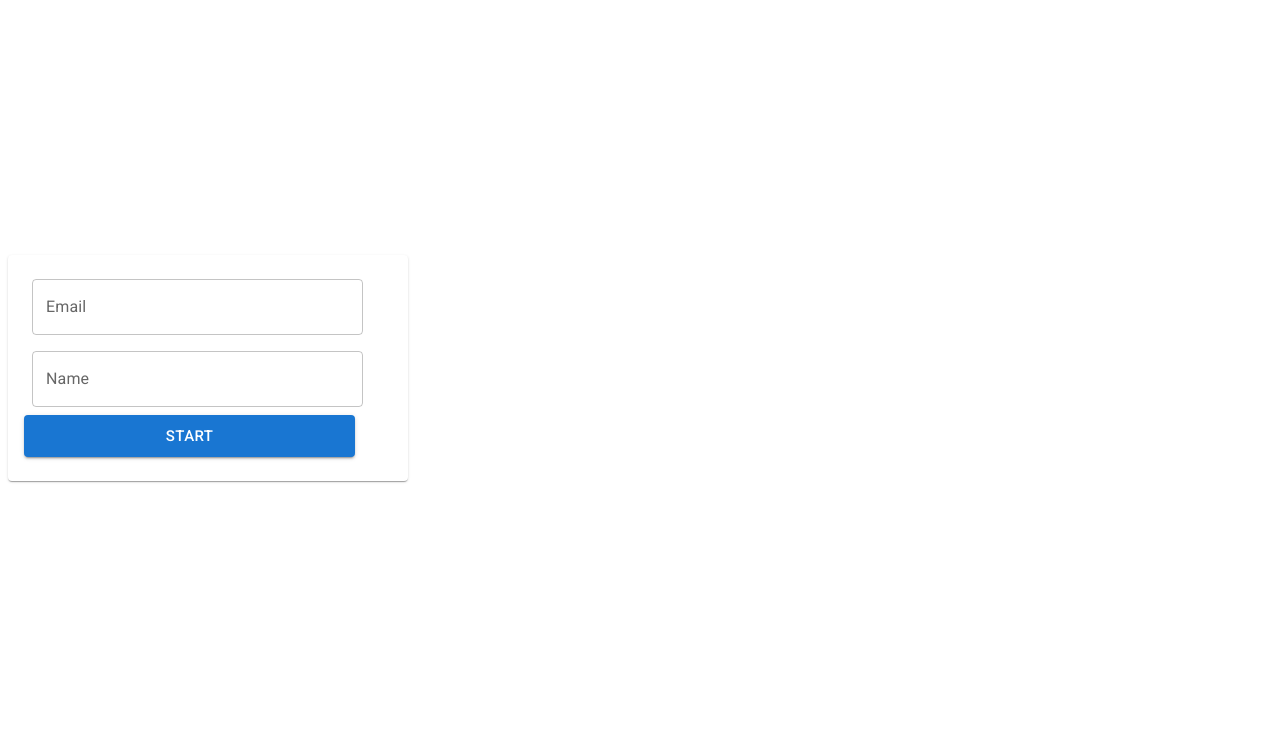
Repository: shikubro90/Quiz-App-React
Page: /
The author's editor kept a copy of each file at every save. The page is drawn from the files as they stood at one save, then again after the next save.
The browser window is 1280 px wide. The pictures show the whole page.
The project was rebuilt for these pictures with package versions that can differ from the ones it lists, and the page was loaded fresh each time. Also part of the build but not shown: src/index.css, src/App.css.

Above is the page before, as saved 2022-06-25 01:49:25.

### src/App.js
import './App.css';
import Login from './components/Login';

function App() {
  return (
    <>
      <Login/>
    </>

  );
}

export default App;

### src/components/Login.jsx
import React from 'react';
import {Box, Button, Card, CardContent} from '@mui/material'
import { TextField } from '@mui/material';
import Center from './Center'

const Login = () => {
    return (
        <Center>
            <Card sx={{width: "400px"}}>
                <CardContent>
                    <Box sx={{
                        '& .MuiTextField-root' : {
                            m:1,
                            width: "90%"
                        }
                    }}>
                        <form noValidate>
                            <TextField
                            label="Email"
                            name="email"
                            variant='outlined'
                            />

                            <TextField
                            label="Name"
                            name="name"
                            variant='outlined'
                            />

                            <Button sx={{width: "90%"}}
                            type='submit'
                            variant='contained'
                            size='large'
                            >Start</Button>

                        </form>
                    </Box>
                </CardContent>
            </Card>
        </Center>
    );
};

export default Login;

### src/components/Center.jsx
import { Grid } from '@mui/material'
import React from 'react'

const Center = (props) => {
  return (
    <Grid
    container
    direction="column"
    alignItem ="center"
    justifyContent="center"
    sx={{minHeight : "100vh"}}>
        <Grid item sx={1}>
            {props.children}
        </Grid>
    </Grid>
  )
}

export default Center

Loaded but not shown: public/index.html (common file); src/index.js (common file); src/reportWebVitals.js (common file)

After the next save:
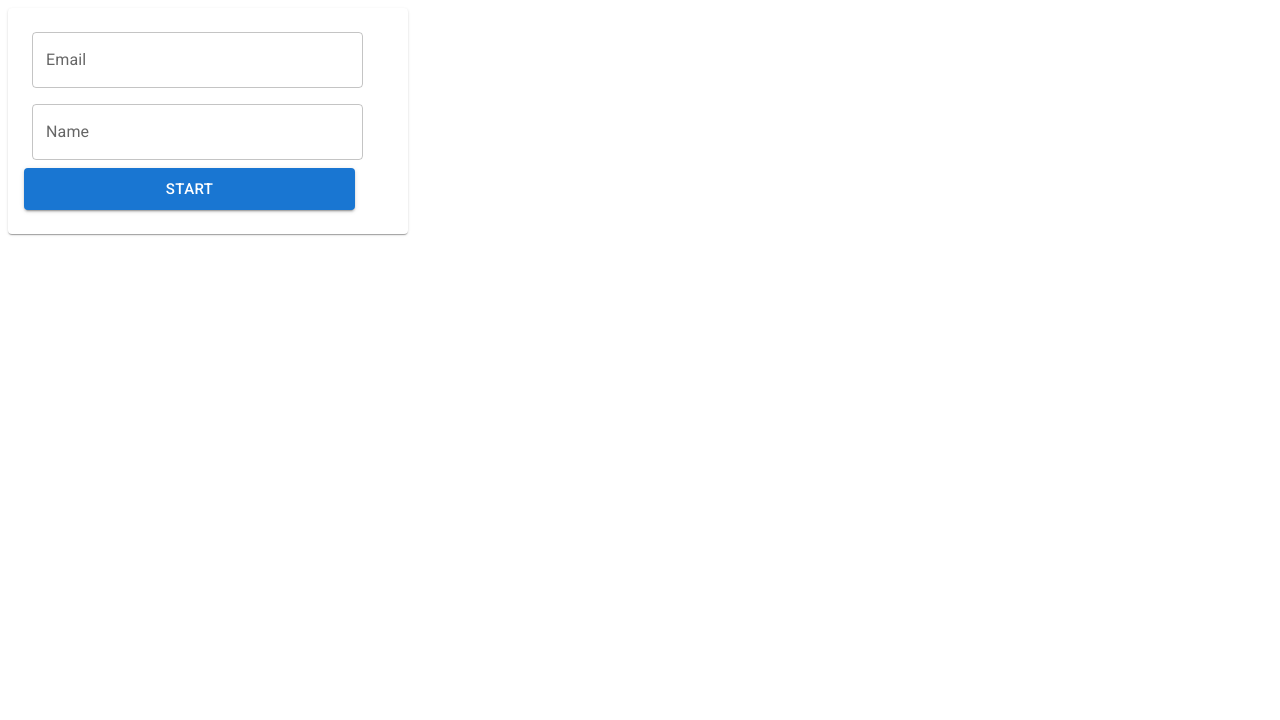
Saved 68 s later.
--- a/src/components/Center.jsx
+++ b/src/components/Center.jsx
@@ -8,7 +8,7 @@
     direction="column"
     alignItem ="center"
     justifyContent="center"
-    sx={{minHeight : "100vh"}}>
+    sx={{}}>
         <Grid item sx={1}>
             {props.children}
         </Grid>

After the save that followed:
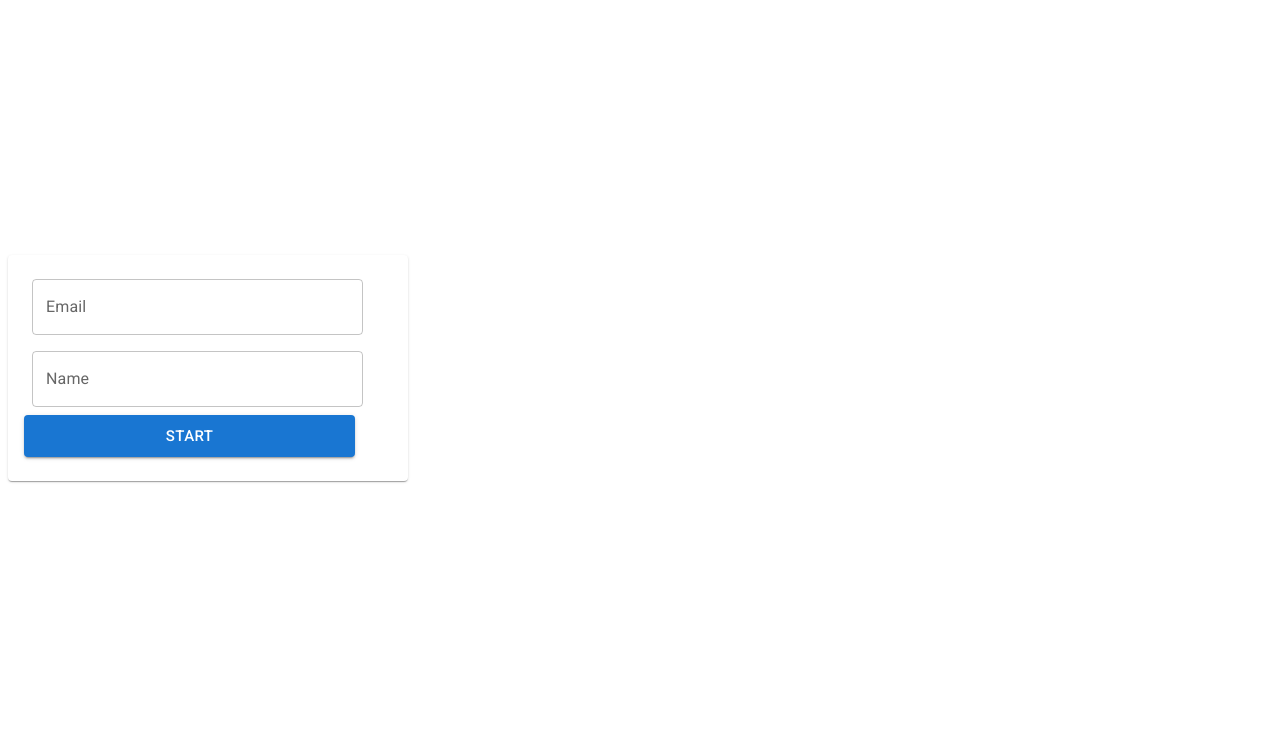
Saved 7 s later.
--- a/src/components/Center.jsx
+++ b/src/components/Center.jsx
@@ -8,7 +8,7 @@
     direction="column"
     alignItem ="center"
     justifyContent="center"
-    sx={{}}>
+    sx={{minHeight : "100vh"}}>
         <Grid item sx={1}>
             {props.children}
         </Grid>
